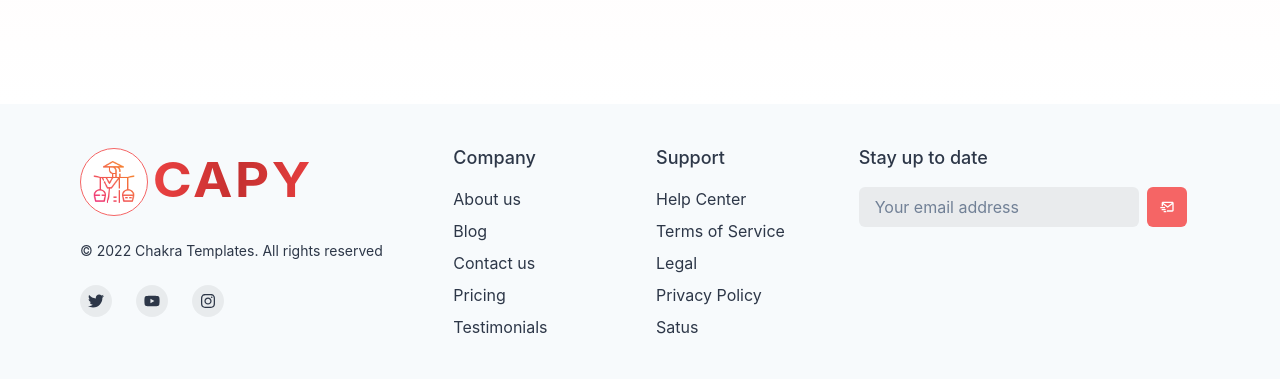
Repository: luannguyenhoang/trevel-capy
Page: /amThucPage/Headers
The author's editor kept a copy of each file at every save. The page is drawn from the files as they stood at one save, then again after a run of saves.
The browser window is 1280 px wide. The pictures show the part of the page from y = 496 to 947 px (the page is 875 px tall before and 947 px after).
The project was rebuilt for these pictures with package versions that can differ from the ones it lists, and the page was loaded fresh each time. The framework's server and built-in components were replaced by stand-ins that run in the browser. Also part of the build but not shown: next.config.ts, src/components/molecules/Cart.tsx.

Above is the page before, as saved 2025-03-24 14:56:46.

### src/pages/_app.tsx
import { DefaultLayout } from "@/components/templates/DefautLayout";
import "@/styles/globals.css";
import { ChakraProvider } from "@chakra-ui/react";
import type { AppProps } from "next/app";

export default function App({ Component, pageProps }: AppProps) {
  return (
    <ChakraProvider>
      <DefaultLayout>
        <Component {...pageProps} />
      </DefaultLayout>
    </ChakraProvider>
  );
}

### src/pages/amThucPage/Headers.tsx
import SlideConten from "@/components/molecules/Slide";
import { AmThuc, AmThucItem } from "@/type/types";
import {
  Box,
  Button,
  Card,
  CardBody,
  Container,
  Flex,
  Heading,
  Image,
  SimpleGrid,
  Stack,
  Tab,
  TabList,
  TabPanel,
  TabPanels,
  Tabs,
  Text,
  useColorModeValue,
} from "@chakra-ui/react";

const foodCategories = [
  { name: "Miền Bắc", slug: "mien-bac", color: "red.500" },
  { name: "Miền Trung", slug: "mien-trung", color: "orange.500" },
  { name: "Miền Nam", slug: "mien-nam", color: "yellow.600" },
];

export default function Headers({ session1 }: { session1: any }) {
  const bgGradient = useColorModeValue(
    "linear(to-b, red.50, white)",
    "linear(to-b, gray.900, gray.800)"
  );

  return (
    <Box bgGradient={bgGradient} pt={24} pb={16}>
      <Container maxW="container.xl">
        <Box
          height="400px"
          mb={10}
          borderRadius="lg"
          overflow="hidden"
          position="relative"
          backgroundImage="url('/images/vietnamese-food-banner.jpg')"
          backgroundSize="cover"
          backgroundPosition="center"
        >
          <Box
            position="absolute"
            top="0"
            left="0"
            width="100%"
            height="100%"
            bg="blackAlpha.600"
          />
          <Flex
            position="absolute"
            top="0"
            left="0"
            width="100%"
            height="100%"
            alignItems="center"
            justifyContent="center"
            flexDirection="column"
            textAlign="center"
            color="white"
            p={8}
          >
            <Heading as="h1" size="2xl" mb={4}>
              Ẩm Thực Việt Nam
            </Heading>
            <Text fontSize="xl" maxW="800px">
              Khám phá nét đặc sắc trong ẩm thực ba miền Bắc - Trung - Nam với
              những món ăn đậm đà hương vị quê hương
            </Text>
          </Flex>
        </Box>
      </Container>
    </Box>
  );
}

### src/components/templates/DefautLayout.tsx
import { ReactNode } from "react";
import Footer from "../organisms/Footer";
import Header from "../organisms/Header";
import { CartProvider } from "@/utils/service/cart";

export const DefaultLayout = ({ children }: { children: ReactNode }) => {
  return (
    <CartProvider>
      <Header />
      {children}
      <Footer />
    </CartProvider>
  );
};

### src/styles/globals.css
@import "tailwindcss";

:root {
  --background: #ffffff;
  --foreground: #171717;
}

@theme inline {
  --color-background: var(--background);
  --color-foreground: var(--foreground);
  --font-sans: var(--font-geist-sans);
  --font-mono: var(--font-geist-mono);
}

@media (prefers-color-scheme: dark) {
  :root {
    --background: #0a0a0a;
    --foreground: #ededed;
  }
}

body {
  background: var(--background);
  color: var(--foreground);
  font-family: Arial, Helvetica, sans-serif;
}
@keyframes slideUp {
  0% {
    opacity: 0;
    transform: translateY(50px);
  }
  100% {
    opacity: 1;
    transform: translateY(0);
  }
}

.fade-in-section {
  opacity: 0;
}

.is-visible {
  opacity: 1;
  animation: slideUp 0.5s ease-out forwards;
}

### src/components/organisms/Footer.tsx
"use client";

import {
  Box,
  chakra,
  Container,
  SimpleGrid,
  Stack,
  Text,
  VisuallyHidden,
  Input,
  IconButton,
  useColorModeValue,
  Image,
  Flex,
} from "@chakra-ui/react";
import { ReactNode } from "react";
import { FaInstagram, FaTwitter, FaYoutube } from "react-icons/fa";
import { BiMailSend } from "react-icons/bi";

const SocialButton = ({
  children,
  label,
  href,
}: {
  children: ReactNode;
  label: string;
  href: string;
}) => {
  return (
    <chakra.button
      bg={useColorModeValue("blackAlpha.100", "whiteAlpha.100")}
      rounded={"full"}
      w={8}
      h={8}
      cursor={"pointer"}
      as={"a"}
      href={href}
      display={"inline-flex"}
      alignItems={"center"}
      justifyContent={"center"}
      transition={"background 0.3s ease"}
      _hover={{
        bg: useColorModeValue("blackAlpha.200", "whiteAlpha.200"),
      }}
    >
      <VisuallyHidden>{label}</VisuallyHidden>
      {children}
    </chakra.button>
  );
};

const ListHeader = ({ children }: { children: ReactNode }) => {
  return (
    <Text fontWeight={"500"} fontSize={"lg"} mb={2}>
      {children}
    </Text>
  );
};

export default function Footer() {
  return (
    <Box
      bg={useColorModeValue("gray.50", "gray.900")}
      color={useColorModeValue("gray.700", "gray.200")}
    >
      <Container as={Stack} maxW={"6xl"} py={10}>
        <SimpleGrid
          templateColumns={{ sm: "1fr 1fr", md: "2fr 1fr 1fr 2fr" }}
          spacing={8}
        >
          <Stack spacing={6}>
            <Flex  gap={3} alignItems={"end"}>
              <Box
                borderRadius={"full"}
                border={"1px"}
                color={"red.400"}
                maxW={"20%"}
                bg={"white"}
                p={3}
              >
                <Image src="/logo.png" />
              </Box>
              <Text
                fontSize={"5xl"}
                fontWeight={"bold"}
                letterSpacing={"wider"}
                position="relative"
                css={{
                  background: "linear-gradient(90deg, #F56565, #E53E3E, #C53030, #E53E3E, #F56565, #F56565, #E53E3E, #C53030, #E53E3E, #F56565)",
                  backgroundSize: "400% 100%",
                  WebkitBackgroundClip: "text",
                  WebkitTextFillColor: "transparent",
                  backgroundClip: "text",
                  color: "transparent",
                  animation: "gradientFlow 5s linear infinite",
                  "@keyframes gradientFlow": {
                    "0%": { backgroundPosition: "0% 50%" },
                    "100%": { backgroundPosition: "100% 50%" }
                  },
                  textTransform: "uppercase",
                  transform: "scaleX(1.1)"
                }}
              >
                Capy
              </Text>
            </Flex>
            <Text fontSize={"sm"}>
              © 2022 Chakra Templates. All rights reserved
            </Text>
            <Stack direction={"row"} spacing={6}>
              <SocialButton label={"Twitter"} href={"#"}>
                <FaTwitter />
              </SocialButton>
              <SocialButton label={"YouTube"} href={"#"}>
                <FaYoutube />
              </SocialButton>
              <SocialButton label={"Instagram"} href={"#"}>
                <FaInstagram />
              </SocialButton>
            </Stack>
          </Stack>
          <Stack align={"flex-start"}>
            <ListHeader>Company</ListHeader>
            <Box as="a" href={"#"}>
              About us
            </Box>
            <Box as="a" href={"#"}>
              Blog
            </Box>
            <Box as="a" href={"#"}>
              Contact us
            </Box>
            <Box as="a" href={"#"}>
              Pricing
            </Box>
            <Box as="a" href={"#"}>
              Testimonials
            </Box>
          </Stack>
          <Stack align={"flex-start"}>
            <ListHeader>Support</ListHeader>
            <Box as="a" href={"#"}>
              Help Center
            </Box>
            <Box as="a" href={"#"}>
              Terms of Service
            </Box>
            <Box as="a" href={"#"}>
              Legal
            </Box>
            <Box as="a" href={"#"}>
              Privacy Policy
            </Box>
            <Box as="a" href={"#"}>
              Satus
            </Box>
          </Stack>
          <Stack align={"flex-start"}>
            <ListHeader>Stay up to date</ListHeader>
            <Stack direction={"row"}>
              <Input
                placeholder={"Your email address"}
                bg={useColorModeValue("blackAlpha.100", "whiteAlpha.100")}
                border={0}
                _focus={{
                  bg: "whiteAlpha.300",
                }}
              />
              <IconButton
                bg={useColorModeValue("red.400", "red.800")}
                color={useColorModeValue("white", "red.800")}
                _hover={{
                  bg: "red.600",
                }}
                aria-label="Subscribe"
                icon={<BiMailSend />}
              />
            </Stack>
          </Stack>
        </SimpleGrid>
      </Container>
    </Box>
  );
}

### src/components/organisms/Header.tsx
"use client";

import {
  Box,
  Flex,
  IconButton,
  Button,
  Stack,
  Collapse,
  useColorModeValue,
  useDisclosure,
  Menu,
  MenuButton,
  MenuList,
  MenuItem,
  Image,
} from "@chakra-ui/react";
import { HamburgerIcon, CloseIcon } from "@chakra-ui/icons";
import Link from "next/link";
import { useState, useEffect } from "react";
import { useRouter } from "next/navigation";
import CartShop from "../molecules/Cart";
import MobileNav from "./MobileNav";
import DesktopNav from "./DesktopNav";

export default function Header() {
  const { isOpen, onToggle } = useDisclosure();
  const [isLoggedIn, setIsLoggedIn] = useState(false);
  const router = useRouter();
  useEffect(() => {
    const checkLoginStatus = () => {
      const loggedIn = localStorage.getItem("isLoggedIn") === "true";
      setIsLoggedIn(loggedIn);
    };
    checkLoginStatus();
    window.addEventListener("loginStatusChanged", checkLoginStatus);
    window.addEventListener("storage", checkLoginStatus);
    return () => {
      window.removeEventListener("loginStatusChanged", checkLoginStatus);
      window.removeEventListener("storage", checkLoginStatus);
    };
  }, []);

  const handleLogout = () => {
    localStorage.removeItem("isLoggedIn");
    setIsLoggedIn(false);
    window.dispatchEvent(new Event("loginStatusChanged"));
    router.push("/sign-in");
  };

  return (
    <Box position="fixed" top={0} width="100%" zIndex={10}>
      <Flex
        bg={useColorModeValue("whiteAlpha.900", "gray.800")}
        minH={"60px"}
        py={{ base: 2 }}
        px={{ base: 4 }}
        borderBottom={1}
        borderStyle={"solid"}
        borderColor={useColorModeValue("gray.200", "gray.900")}
        align={"center"}
      >
        <Flex
          flex={{ base: 1, md: "auto" }}
          ml={{ base: -2 }}
          display={{ base: "flex", md: "none" }}
        >
          <IconButton
            onClick={onToggle}
            icon={
              isOpen ? <CloseIcon w={3} h={3} /> : <HamburgerIcon w={5} h={5} />
            }
            variant={"ghost"}
            aria-label={"Toggle Navigation"}
          />
        </Flex>
        <Flex
          flex={{ base: 1 }}
          justify={{ base: "center", md: "start" }}
          alignItems={"center"}
        >
          <Link href="/" passHref>
            <Image
              className="object-cover"
              alt="1"
              width={10}
              height={10}
              src="/logo.png"
            />
          </Link>
          <Flex
            display={{ base: "none", md: "flex" }}
            alignItems={{ base: "start" }}
            ml={10}
          >
            <DesktopNav />
          </Flex>
        </Flex>

        <Stack
          flex={{ base: 1, md: 0 }}
          justify={"flex-end"}
          direction={"row"}
          spacing={6}
        >
          {isLoggedIn ? (
            <>
              <CartShop />

              <Menu>
                <MenuButton
                  as={Button}
                  aria-label="Shopping cart"
                  width={10}
                  height={10}
                  variant="outline"
                  rounded={"full"}
                  bgImage="url('/cat.jpg')"
                  bgSize="cover"
                  bgPosition="center"
                  _hover={{
                    objectFit: "cover",
                    bgImage: "url('/cat.jpg')",
                    opacity: 0.9,
                    transform: "scale(1.05)",
                  }}
                  borderColor="gray.200"
                  _active={{
                    objectFit: "cover",
                    bgImage: "url('/cat.jpg')",
                    transform: "scale(0.98)",
                  }}
                />
                <MenuList>
                  <MenuItem>Create a Copy</MenuItem>
                  <MenuItem>Mark as Draft</MenuItem>
                  <MenuItem>Delete</MenuItem>
                  <MenuItem onClick={handleLogout}> Đăng xuất</MenuItem>
                </MenuList>
              </Menu>
            </>
          ) : (
            <>
              <Button
                as={Link}
                fontSize={"sm"}
                fontWeight={400}
                variant={"link"}
                href={"/sign-in"}
              >
                Đăng nhập
              </Button>
              <Button
                as={Link}
                display={{ base: "none", md: "inline-flex" }}
                fontSize={"sm"}
                fontWeight={600}
                color={"white"}
                bg={"red.400"}
                href={"/signup"}
                _hover={{
                  bg: "red.500",
                }}
              >
                Đăng ký
              </Button>
            </>
          )}
        </Stack>
      </Flex>
      <Collapse in={isOpen} animateOpacity>
        <MobileNav />
      </Collapse>
    </Box>
  );
}

### src/utils/service/cart.ts
import { CartItem } from "@/type/types";
import React, {
  createContext,
  ReactNode,
  useContext,
  useEffect,
  useState,
} from "react";

interface CartContextType {
  cartItems: CartItem[];
  addToCart: (item: CartItem) => void;
  removeFromCart: (id: string) => void;
  updateQuantity: (id: string, quantity: number) => void;
  clearCart: () => void;
  totalItems: number;
}

const CartContext = createContext<CartContextType | undefined>(undefined);

export const CartProvider = ({ children }: { children: ReactNode }) => {
  const [cartItems, setCartItems] = useState<CartItem[]>([]);
  const [totalItems, setTotalItems] = useState(0);

  useEffect(() => {
    const storedCart = localStorage.getItem("cart");
    if (storedCart) {
      try {
        const parsedCart = JSON.parse(storedCart);
        setCartItems(parsedCart);
        setTotalItems(parsedCart.length);
      } catch (error) {
        console.error("Error", error);
        localStorage.removeItem("cart");
      }
    }
  }, []);

  useEffect(() => {
    localStorage.setItem("cart", JSON.stringify(cartItems));
    setTotalItems(cartItems.length);
  }, [cartItems]);

  const addToCart = (itemToAdd: CartItem) => {
    setCartItems((prevItems) => {
      const existingItemIndex = prevItems.findIndex(
        (item) => item.id === itemToAdd.id
      );

      if (existingItemIndex >= 0) {
        const updatedItems = [...prevItems];
        updatedItems[existingItemIndex] = {
          ...updatedItems[existingItemIndex],
          quantity:
            updatedItems[existingItemIndex].quantity + itemToAdd.quantity,
        };
        return updatedItems;
      } else {
        return [...prevItems, itemToAdd];
      }
    });
  };

  const removeFromCart = (id: string) => {
    setCartItems((prevItems) => prevItems.filter((item) => item.id !== id));
  };

  const updateQuantity = (id: string, quantity: number) => {
    if (quantity <= 0) {
      removeFromCart(id);
      return;
    }

    setCartItems((prevItems) =>
      prevItems.map((item) => (item.id === id ? { ...item, quantity } : item))
    );
  };

  const clearCart = () => {
    setCartItems([]);
    localStorage.removeItem("cart");
  };

  const value = {
    cartItems,
    addToCart,
    removeFromCart,
    updateQuantity,
    clearCart,
    totalItems,
  };

  return React.createElement(CartContext.Provider, { value }, children);
};

export const useCart = () => {
  const context = useContext(CartContext);
  if (context === undefined) {
    throw new Error("Error");
  }
  return context;
};

### src/components/organisms/MobileNav.tsx
import { NavItem } from "@/type/types";
import { NAV_ITEMS } from "@/utils/common";
import { ChevronDownIcon } from "@chakra-ui/icons";
import { Box, Collapse, Icon, Stack, Text, useColorModeValue, useDisclosure } from "@chakra-ui/react";
import Link from "next/link";

export default function MobileNav  ()  {
    return (
      <Stack
        bg={useColorModeValue("white", "gray.800")}
        p={4}
        display={{ md: "none" }}
      >
        {NAV_ITEMS.map((navItem) => (
          <MobileNavItem key={navItem.label} {...navItem} />
        ))}
      </Stack>
    );
  };

  const MobileNavItem = ({ label, children, href }: NavItem) => {
    const { isOpen, onToggle } = useDisclosure();

    return (
      <Stack spacing={4} onClick={children && onToggle}>
        <Box
          py={2}
          as={Link}
          href={href ?? "/"}
          justifyContent="space-between"
          alignItems="center"
          _hover={{
            textDecoration: "none",
          }}
        >
          <Text
            fontWeight={600}
            color={useColorModeValue("gray.600", "gray.200")}
          >
            {label}
          </Text>
          {children && (
            <Icon
              as={ChevronDownIcon}
              transition={"all .25s ease-in-out"}
              transform={isOpen ? "rotate(180deg)" : ""}
              w={6}
              h={6}
            />
          )}
        </Box>

        <Collapse in={isOpen} animateOpacity style={{ marginTop: "0!important" }}>
          <Stack
            mt={2}
            pl={4}
            borderLeft={1}
            borderStyle={"solid"}
            borderColor={useColorModeValue("gray.200", "gray.700")}
            align={"start"}
          >
            {children &&
              children.map((child) => (
                <Box as={Link} key={child.label} py={2} href={child.href}>
                  {child.label}
                </Box>
              ))}
          </Stack>
        </Collapse>
      </Stack>
    );
  };

### src/components/organisms/DesktopNav.tsx
import { NAV_ITEMS } from "@/utils/common";
import {
  Box,
  Popover,
  PopoverContent,
  PopoverTrigger,
  Stack,
  useColorModeValue,
} from "@chakra-ui/react";
import Link from "next/link";
import DesktopSubNav from "./DesktopSubNav";

export default function DesktopNav() {
  const linkColor = useColorModeValue("gray.600", "gray.200");
  const linkHoverColor = useColorModeValue("gray.800", "white");
  const popoverContentBgColor = useColorModeValue("white", "gray.800");
  return (
    <Stack direction={"row"} spacing={4}>
      {NAV_ITEMS.map((navItem) => (
        <Box key={navItem.label}>
          <Popover trigger={"hover"} placement={"bottom-start"}>
            <PopoverTrigger>
              <div className="cursor-pointer">
                <Box
                  as="span"
                  p={2}
                  fontSize={"sm"}
                  fontWeight={500}
                  color={linkColor}
                  _hover={{
                    textDecoration: "none",
                    color: linkHoverColor,
                  }}
                >
                  {navItem.label}
                </Box>
              </div>
            </PopoverTrigger>

            {navItem.children && (
              <PopoverContent
                border={0}
                boxShadow={"xl"}
                bg={popoverContentBgColor}
                p={4}
                rounded={"xl"}
                minW={"sm"}
              >
                <Stack>
                  {navItem.children.map((child) => (
                    <DesktopSubNav key={child.label} {...child} />
                  ))}
                </Stack>
              </PopoverContent>
            )}
          </Popover>
        </Box>
      ))}
    </Stack>
  );
}

### src/utils/common.ts
import { NavItem } from "@/type/types";
import { createIcon } from "@chakra-ui/react";

export const NAV_ITEMS: Array<NavItem> = [
  {
    label: "Điểm đến",
    children: [
      {
        label: "Miền Bắc",
        subLabel: "Sapa, Hà Giang, Hạ Long...",
        href: "/mien-bac",
      },
      {
        label: "Miền Trung",
        subLabel: "Huế, Đà Nẵng, Hội An...",
        href: "/mien-trung",
      },
      {
        label: "Miền Nam",
        subLabel: "Phú Quốc, Cần Thơ, Đà Lạt...",
        href: "/mien-nam",
      },
    ],
  },
  {
    label: "Trải nghiệm",
    children: [
      {
        label: "Ẩm thực",
        subLabel: "Khám phá nền ẩm thực đa dạng",
        href: "/am-thuc",
      },
      {
        label: "Di sản văn hóa",
        subLabel: "Các di sản UNESCO tại Việt Nam",
        href: "/di-san-van-hoa",
      },
      {
        label: "Lễ hội",
        subLabel: "Lễ hội truyền thống Việt Nam",
        href: "/le-hoi",
      },
    ],
  },
  {
    label: "Lịch trình",
    href: "/itineraries",
  },
  {
    label: "Dịch vụ",
    children: [
      {
        label: "Khách sạn",
        subLabel: "Đặt phòng khách sạn",
        href: "/khach-san",
      },
      {
        label: "Tour du lịch",
        subLabel: "Tour trọn gói và tùy chỉnh",
        href: "/tours-du-lich",
      },
      {
        label: "Vận chuyển",
        subLabel: "Máy bay, tàu, xe du lịch",
        href: "/van-chuyen",
      },
    ],
  },
];

//
export const PlayIcon = createIcon({
  displayName: "PlayIcon",
  viewBox: "0 0 58 58",
  d: "M28.9999 0.562988C13.3196 0.562988 0.562378 13.3202 0.562378 29.0005C0.562378 44.6808 13.3196 57.438 28.9999 57.438C44.6801 57.438 57.4374 44.6808 57.4374 29.0005C57.4374 13.3202 44.6801 0.562988 28.9999 0.562988ZM39.2223 30.272L23.5749 39.7247C23.3506 39.8591 23.0946 39.9314 22.8332 39.9342C22.5717 39.9369 22.3142 39.8701 22.0871 39.7406C21.86 39.611 21.6715 39.4234 21.5408 39.1969C21.4102 38.9705 21.3421 38.7133 21.3436 38.4519V19.5491C21.3421 19.2877 21.4102 19.0305 21.5408 18.8041C21.6715 18.5776 21.86 18.3899 22.0871 18.2604C22.3142 18.1308 22.5717 18.064 22.8332 18.0668C23.0946 18.0696 23.3506 18.1419 23.5749 18.2763L39.2223 27.729C39.4404 27.8619 39.6207 28.0486 39.7458 28.2713C39.8709 28.494 39.9366 28.7451 39.9366 29.0005C39.9366 29.2559 39.8709 29.507 39.7458 29.7297C39.6207 29.9523 39.4404 30.1391 39.2223 30.272Z",
});
//

### src/components/organisms/DesktopSubNav.tsx
import { NavItem } from "@/type/types";
import { ChevronRightIcon } from "@chakra-ui/icons";
import {
  Box,
  Flex,
  Icon,
  Stack,
  Text,
  useColorModeValue,
} from "@chakra-ui/react";
import Link from "next/link";

export default function DesktopSubNav({
  label,
  href = "#",
  subLabel,
}: NavItem) {
  return (
    <Link href={href} passHref>
      <Box
        as="span"
        role={"group"}
        display={"block"}
        p={2}
        rounded={"md"}
        _hover={{ bg: useColorModeValue("red.50", "gray.900") }}
      >
        <Stack direction={"row"} align={"center"}>
          <Box>
            <Text
              transition={"all .3s ease"}
              _groupHover={{ color: "red.400" }}
              fontWeight={500}
            >
              {label}
            </Text>
            <Text fontSize={"sm"}>{subLabel}</Text>
          </Box>
          <Flex
            transition={"all .3s ease"}
            transform={"translateX(-10px)"}
            opacity={0}
            _groupHover={{ opacity: "100%", transform: "translateX(0)" }}
            justify={"flex-end"}
            align={"center"}
            flex={1}
          >
            <Icon color={"red.400"} w={5} h={5} as={ChevronRightIcon} />
          </Flex>
        </Stack>
      </Box>
    </Link>
  );
}

Loaded but not shown: src/pages/_document.tsx (common file)

After the next 2 saves:
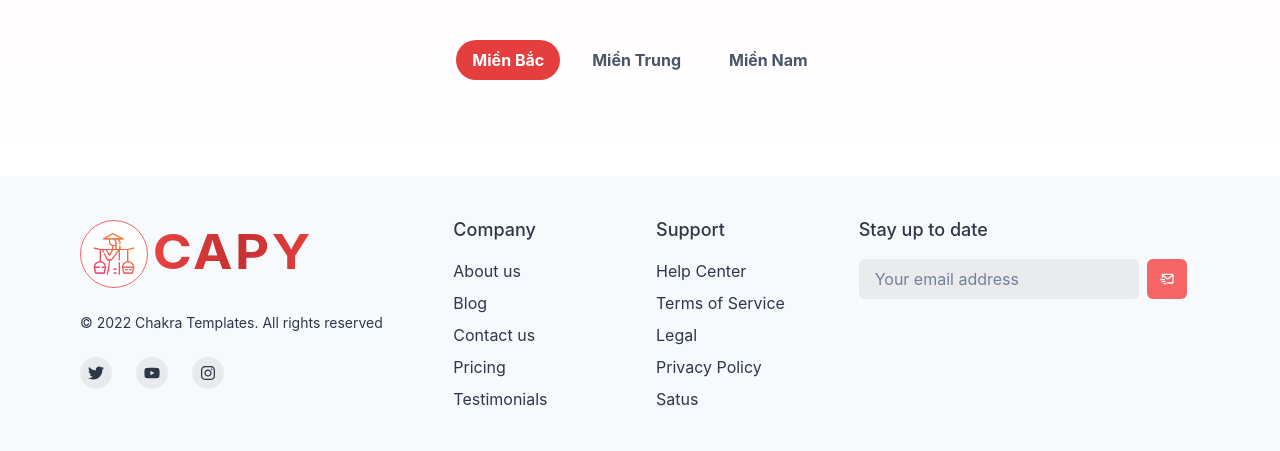
The 2 saves are shown as one change because they came seconds apart.
The last was saved 10 s later.
--- a/src/pages/amThucPage/Headers.tsx
+++ b/src/pages/amThucPage/Headers.tsx
@@ -31,6 +31,7 @@ export default function Headers({ session1 }: { session1: any }) {
     "linear(to-b, red.50, white)",
     "linear(to-b, gray.900, gray.800)"
   );
+
 
   return (
     <Box bgGradient={bgGradient} pt={24} pb={16}>
@@ -75,6 +76,23 @@ export default function Headers({ session1 }: { session1: any }) {
             </Text>
           </Flex>
         </Box>
+
+        <Tabs variant="soft-rounded" colorScheme="red" isLazy>
+          <TabList justifyContent="center" mb={8}>
+            {foodCategories.map((category) => (
+              <Tab
+                key={category.slug}
+                _selected={{ color: "white", bg: category.color }}
+                mx={2}
+                fontWeight="bold"
+              >
+                {category.name}
+              </Tab>
+            ))}
+          </TabList>
+
+
+        </Tabs>
       </Container>
     </Box>
   );
